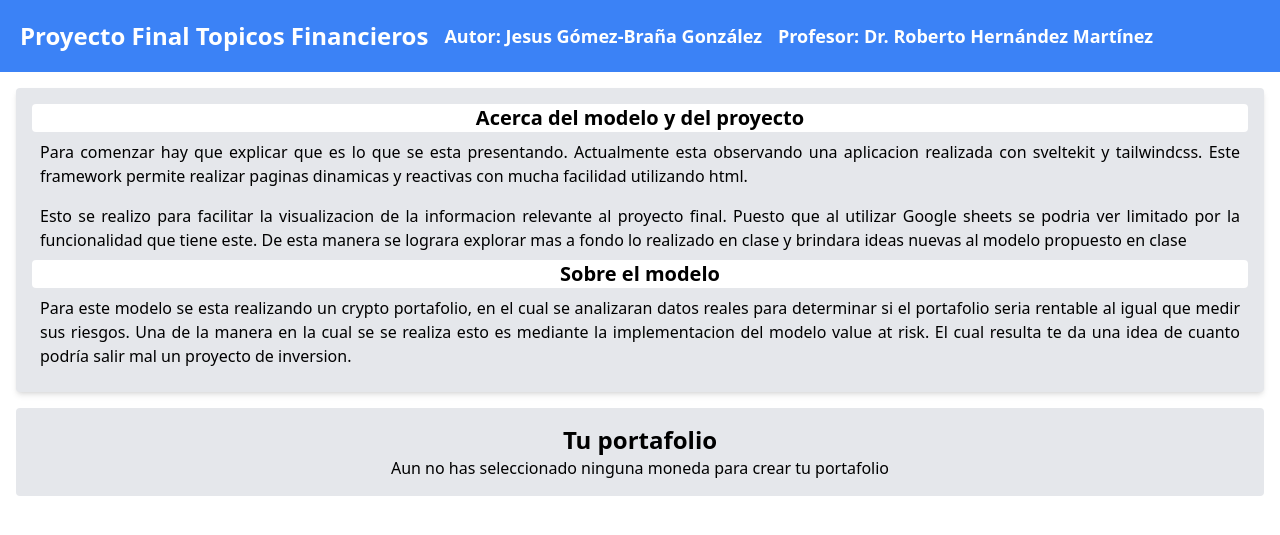
Repository: SistemaACT/Portafolio
Page: /
These files come from the project's save history. The page is drawn as it stood at one moment and after the next save; the edit follows.
The browser window is 1280 px wide. The pictures show the whole page.
The page's requests for data from a server got no answer. The project was rebuilt for these pictures with package versions that can differ from the ones it lists, and the page was loaded fresh each time. The framework's server and built-in components were replaced by stand-ins that run in the browser. No one was signed in, and anything a server would have sent is missing. Also part of the build but not shown: svelte.config.js, vite.config.ts.

Above is the page before, as saved 2024-07-07 12:38:59.

### src/routes/+page.svelte
<script lang="ts">
    import { onMount } from "svelte";
    let coins:any;
    onMount(async () => {
      try {
        let res = await fetch("https://private-coingecko-api.vercel.app/API", {
          method: "POST",
          headers: {
            'x-api-key': "YOUR_VALID_API_KEY",
            "Content-Type": "application/json",
          },
          body: JSON.stringify({
            func: "get_coin_list",
            params: [],
          }),
        });
        coins = await res.json()

      } catch (error) {
        console.error(error);
      }
    });

    let selected_coins:{id:string,name:string,symbol:string}[] = []
    let selection:any;
    function add_to_selected_coins(e:Event){
      e.preventDefault();
      console.log(selection)
      selected_coins.push(selection)
    }

  </script>





<div class="w-full bg-blue-500 text-white p-5 text-2xl font-bold flex items-center  space-x-4 ">
    <h1>
        Proyecto Final Topicos Financieros
    </h1>
    <p class="text-lg">Autor: Jesus Gómez-Braña González</p>
    <p class="text-lg">Profesor: Dr. Roberto Hernández Martínez</p>

</div>

<div class="bg-gray-200 rounded p-4 flex flex-col items-center m-4 shadow-md">
    <h2 class="w-full bg-white rounded text-xl font-bold text-center">Acerca del modelo y del proyecto</h2>
    <p class="text-justify p-2">
        Para comenzar hay que explicar que es lo que se esta presentando. Actualmente
        esta observando una aplicacion realizada con sveltekit y tailwindcss. Este framework permite
        realizar paginas dinamicas y reactivas con mucha facilidad utilizando html.
    </p>
    <p class="text-justify p-2">
        Esto se realizo para facilitar la visualizacion de la informacion relevante al proyecto final.
        Puesto que al utilizar Google sheets se podria ver limitado por la funcionalidad que tiene este.
        De esta manera se lograra explorar mas a fondo lo realizado en clase y brindara ideas nuevas al modelo
        propuesto en clase
    </p>
    <h3 class="w-full bg-white rounded text-xl font-bold text-center">Sobre el modelo</h3>
    <p class="text-justify p-2">
        Para este modelo se esta realizando un crypto portafolio, en el cual se analizaran datos reales para
        determinar si el portafolio seria rentable al igual que medir sus riesgos. Una de la manera en la cual se
        se realiza esto es mediante la implementacion del modelo value at risk. El cual resulta te da una idea de cuanto podría salir mal un proyecto de inversion.
    </p>
</div>

{#if coins}
<form on:submit={add_to_selected_coins} class="m-4 p-4 bg-gray-200 rounded flex justify-start space-x-5 items-center" >
<h2 class="font-bold">Crea tu portafolio Maximo 7 monedas</h2>
<input bind:value={selection} type="text" class="rounded border border-black bg-white" list="Selected_coin">
<datalist id="Selected_coin" >
  {#each coins as coin }
    <option value={coin.id}>{coin.name}</option>
  {/each}
</datalist>
<button class="p-2 bg-blue-500 text-white rounded" type="submit">Agregar moneda</button>
</form>
{/if}

<div class="m-4 p-4 bg-gray-200 rounded">
  <h2 class="w-full text-center text-2xl font-bold">Tu portafolio</h2>
  {#if selected_coins.length==0}
    <p class="w-full text-center">Aun no has seleccionado ninguna moneda para crear tu portafolio</p>
  {:else}
    {#each selected_coins as coin}
      <div>
        <p>Id:{coin.id}</p>
        <p>Name:{coin.name}</p>
        <p>Symbol:{coin.symbol}</p>
      </div>
    {/each}
  {/if}
</div>

Loaded but not shown: src/app.html (common file); src/routes/+layout.svelte (common file); src/app.css (common file); tailwind.config.js (common file)

After the next save:
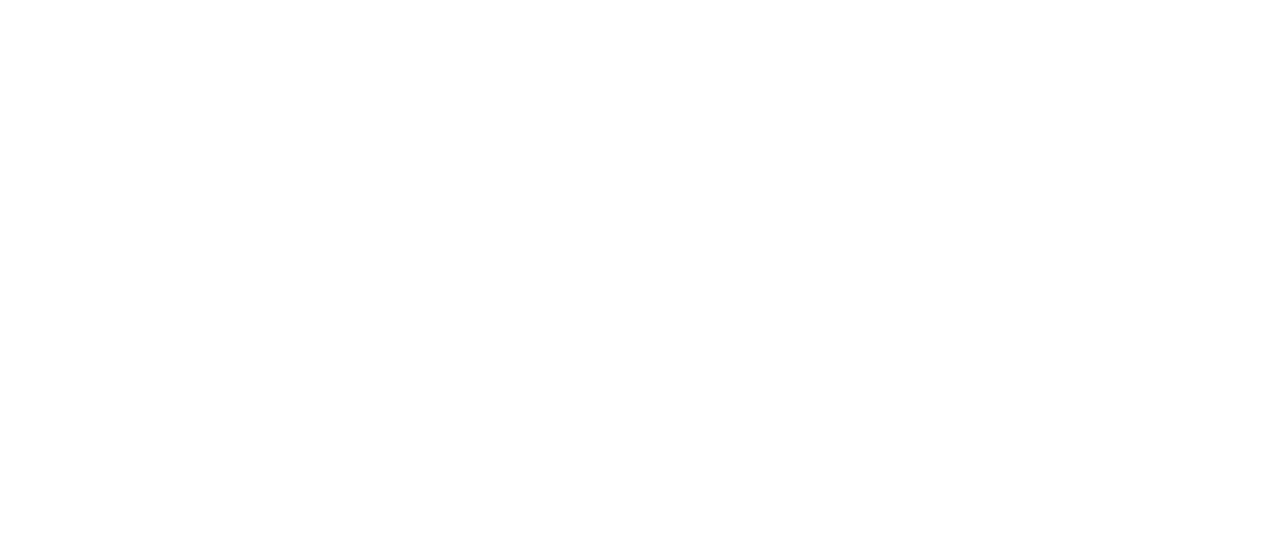
Console error: TypeError: store.subscribe is not a function
Saved 8 s later.
--- a/src/routes/+page.svelte
+++ b/src/routes/+page.svelte
@@ -22,6 +22,7 @@
     });
 
     let selected_coins:{id:string,name:string,symbol:string}[] = []
+    $selected_coins
     let selection:any;
     function add_to_selected_coins(e:Event){
       e.preventDefault();

After the save that followed:
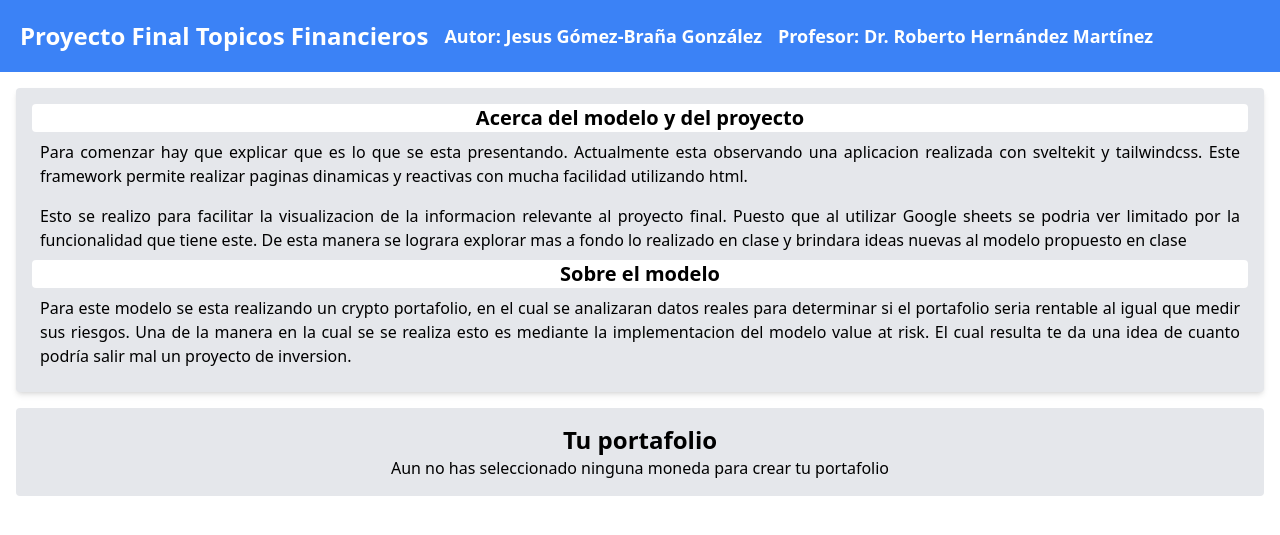
The error is gone.
Saved 5 s later.
--- a/src/routes/+page.svelte
+++ b/src/routes/+page.svelte
@@ -22,7 +22,7 @@
     });
 
     let selected_coins:{id:string,name:string,symbol:string}[] = []
-    $selected_coins
+    $: selected_coins
     let selection:any;
     function add_to_selected_coins(e:Event){
       e.preventDefault();
